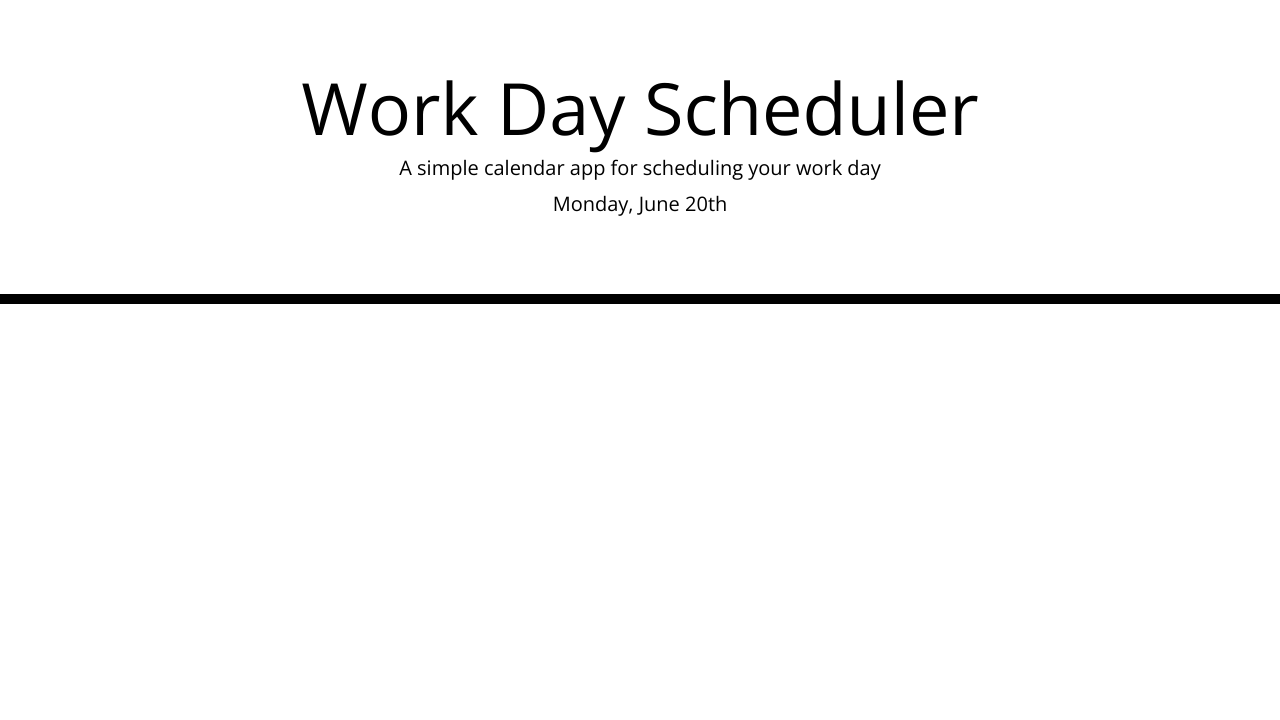
Repository: dtierney21/work-day-scheduler
Page: index.html
An editor plug-in stored every save of this project. The page is shown before and after the next save, followed by the edit.
The browser window is 1280 px wide. The pictures show the whole page.
Some web libraries are served in a nearby version.

Above is the page before, as saved 2022-06-28 11:41:45.

### index.html
<!DOCTYPE html>
<html lang="en">
  <head>
    <meta charset="UTF-8" />
    <meta name="viewport" content="width=device-width, initial-scale=1.0" />
    <meta http-equiv="X-UA-Compatible" content="ie=edge" />
    <link
      rel="stylesheet"
      href="https://stackpath.bootstrapcdn.com/bootstrap/4.3.1/css/bootstrap.min.css"
    />
    <link
      rel="stylesheet"
      href="https://use.fontawesome.com/releases/v5.8.1/css/all.css"
      integrity="sha384-50oBUHEmvpQ+1lW4y57PTFmhCaXp0ML5d60M1M7uH2+nqUivzIebhndOJK28anvf"
      crossorigin="anonymous"
    />
    <link
      href="https://fonts.googleapis.com/css?family=Open+Sans&display=swap"
      rel="stylesheet"
    />
    <link rel="stylesheet" href="./assets/css/style.css" />
    <title>Work Day Scheduler</title>
  </head>

  <body>
    <header class="jumbotron">
      <h1 class="display-3">Work Day Scheduler</h1>
      <p class="lead">A simple calendar app for scheduling your work day</p>
      <p id="currentDay" class="lead"></p>
    </header>
    <div class="container">
      <!-- Timeblocks go here -->
    </div>

    <script src="https://cdnjs.cloudflare.com/ajax/libs/jquery/3.5.1/jquery.min.js"></script>
    <script src="https://cdnjs.cloudflare.com/ajax/libs/moment.js/2.24.0/moment.min.js"></script>
    <script src="./assets/js/script.js"></script>
  </body>
</html>

### assets/css/style.css
body {
  font-family: 'Open Sans', sans-serif;
  font-size: 16px;
  line-height: 1;
}

textarea {
  background: transparent;
  border: none;
  resize: none;
  color: #000000;
  border-left: 1px solid black;
  padding: 10px;
}

.jumbotron {
  text-align: center;
  background-color: transparent;
  color: black;
  border-radius: 0;
  border-bottom: 10px solid black;
}

.description {
  white-space: pre-wrap;
}

.time-block {
  text-align: center;
  border-radius: 15px;
}

.row {
  white-space: pre-wrap;
  height: 80px;
  border-top: 1px solid white;
}

.hour {
  background-color: #ffffff;
  color: #000000;
  border-top: 1px dashed #000000;
}

.past {
  background-color: #d3d3d3;
  color: white;
}

.present {
  background-color: #ff6961;
  color: white;
}

.future {
  background-color: #77dd77;
  color: white;
}

.saveBtn {
  border-left: 1px solid black;
  border-top-right-radius: 15px;
  border-bottom-right-radius: 15px;
  background-color: #06aed5;
  color: white;
}

.saveBtn i:hover {
  font-size: 20px;
  transition: all 0.3s ease-in-out;
}

### assets/js/script.js
var now = moment();
console.log(now);

var currentDayEl = $('#currentDay');
var today = moment().format('dddd, MMMM Do');


currentDayEl.text(today);

After the next save:
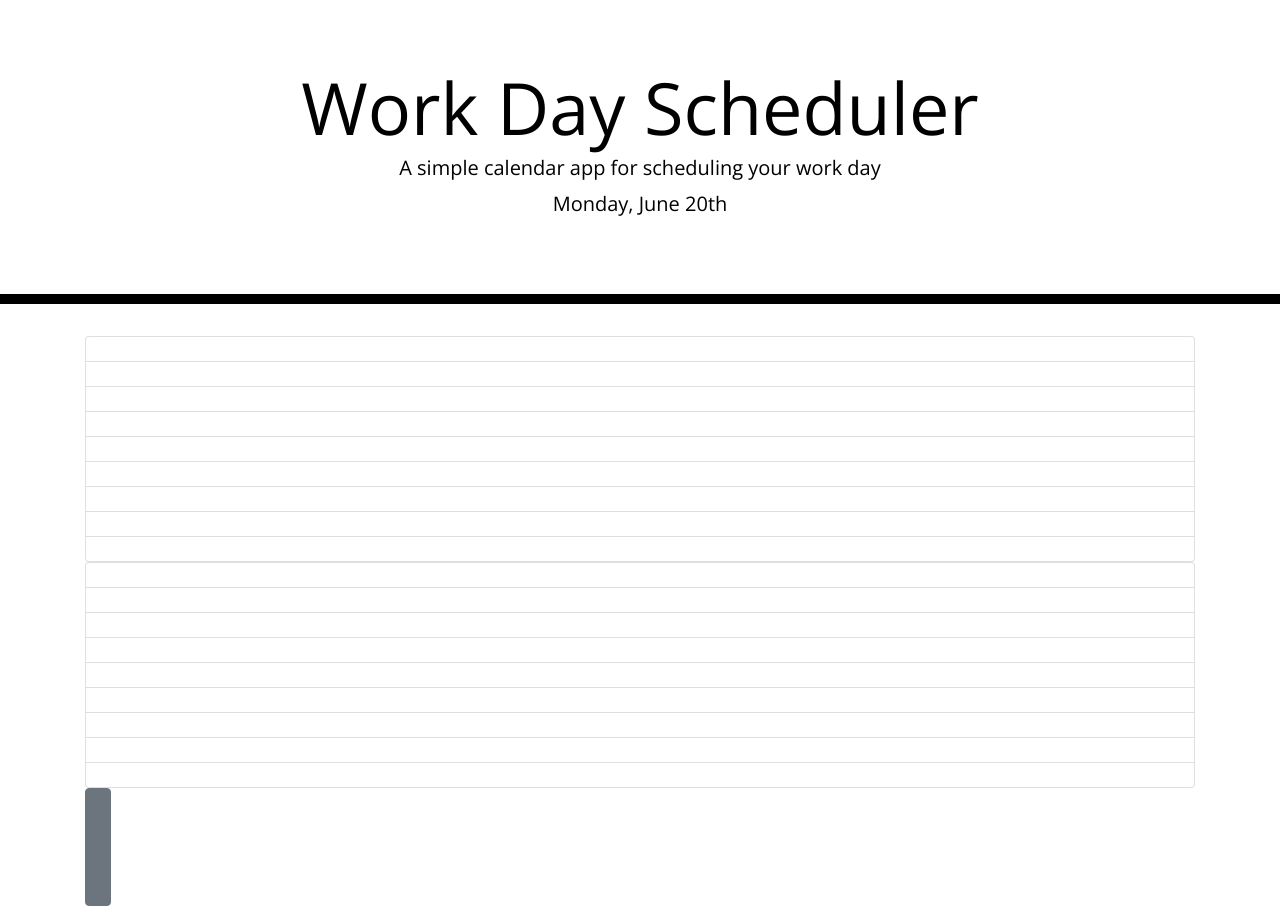
Saved 17 min 9 s later.
--- a/index.html
+++ b/index.html
@@ -30,6 +30,39 @@
     </header>
     <div class="container">
       <!-- Timeblocks go here -->
+      <ul class="list-group">
+        <li class="list-group-item"></li>
+        <li class="list-group-item"></li>
+        <li class="list-group-item"></li>
+        <li class="list-group-item"></li>
+        <li class="list-group-item"></li>
+        <li class="list-group-item"></li>
+        <li class="list-group-item"></li>
+        <li class="list-group-item"></li>
+        <li class="list-group-item"></li>
+      </ul>
+      <ul class="list-group">
+        <li class="list-group-item"></li>
+        <li class="list-group-item"></li>
+        <li class="list-group-item"></li>
+        <li class="list-group-item"></li>
+        <li class="list-group-item"></li>
+        <li class="list-group-item"></li>
+        <li class="list-group-item"></li>
+        <li class="list-group-item"></li>
+        <li class="list-group-item"></li>
+      </ul>
+      <div class="btn-group-vertical">
+        <button type="button" class="btn btn-secondary"></button>
+        <button type="button" class="btn btn-secondary"></button>
+        <button type="button" class="btn btn-secondary"></button>
+        <button type="button" class="btn btn-secondary"></button>
+        <button type="button" class="btn btn-secondary"></button>
+        <button type="button" class="btn btn-secondary"></button>
+        <button type="button" class="btn btn-secondary"></button>
+        <button type="button" class="btn btn-secondary"></button>
+        <button type="button" class="btn btn-secondary"></button>
+      </div>
     </div>
 
     <script src="https://cdnjs.cloudflare.com/ajax/libs/jquery/3.5.1/jquery.min.js"></script>
